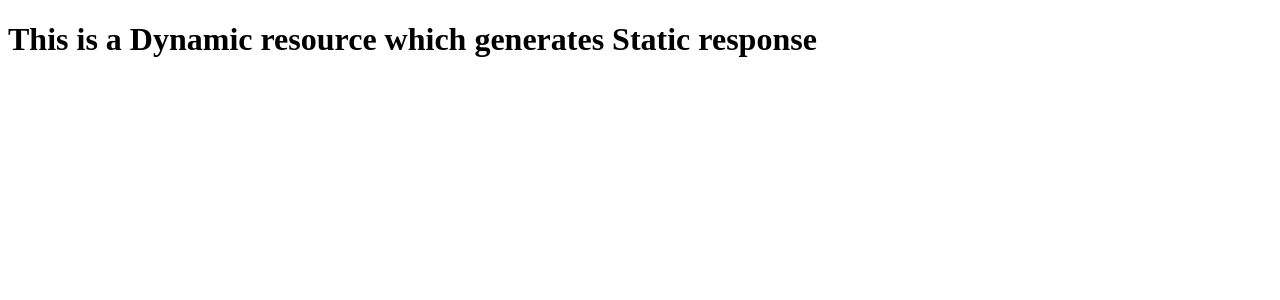
Repository: Krish1971997/eclipse-workspace
Page: Servelet-workspace/my-first-dynamic-web-app/src/main/webapp/index.html
These files come from the project's save history. The page is drawn as it stood at one moment and after the next save; the edit follows.
The browser window is 1280 px wide. The pictures show the whole page.

Above is the page before, as saved 2022-12-22 13:01:42.

### Servelet-workspace/my-first-dynamic-web-app/src/main/webapp/index.html
<!DOCTYPE html>
<html>
<head>
<meta charset="UTF-8">
<title>Insert title here</title>
</head>
<body>
 <h1>This is a Dynamic resource which generates Static response</h1>
</body>
</html>

After the next save:
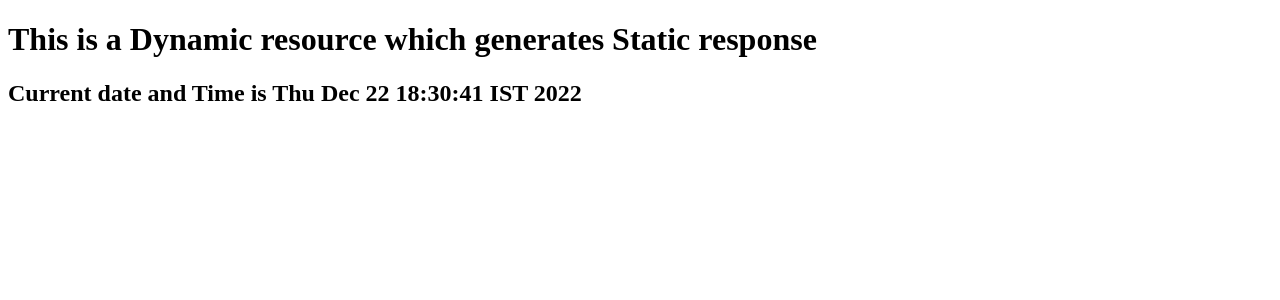
Saved 19 s later.
--- a/Servelet-workspace/my-first-dynamic-web-app/src/main/webapp/index.html
+++ b/Servelet-workspace/my-first-dynamic-web-app/src/main/webapp/index.html
@@ -6,5 +6,6 @@
 </head>
 <body>
  <h1>This is a Dynamic resource which generates Static response</h1>
+ <h2>Current date and Time is Thu Dec 22 18:30:41 IST 2022</h2>
 </body>
 </html>
